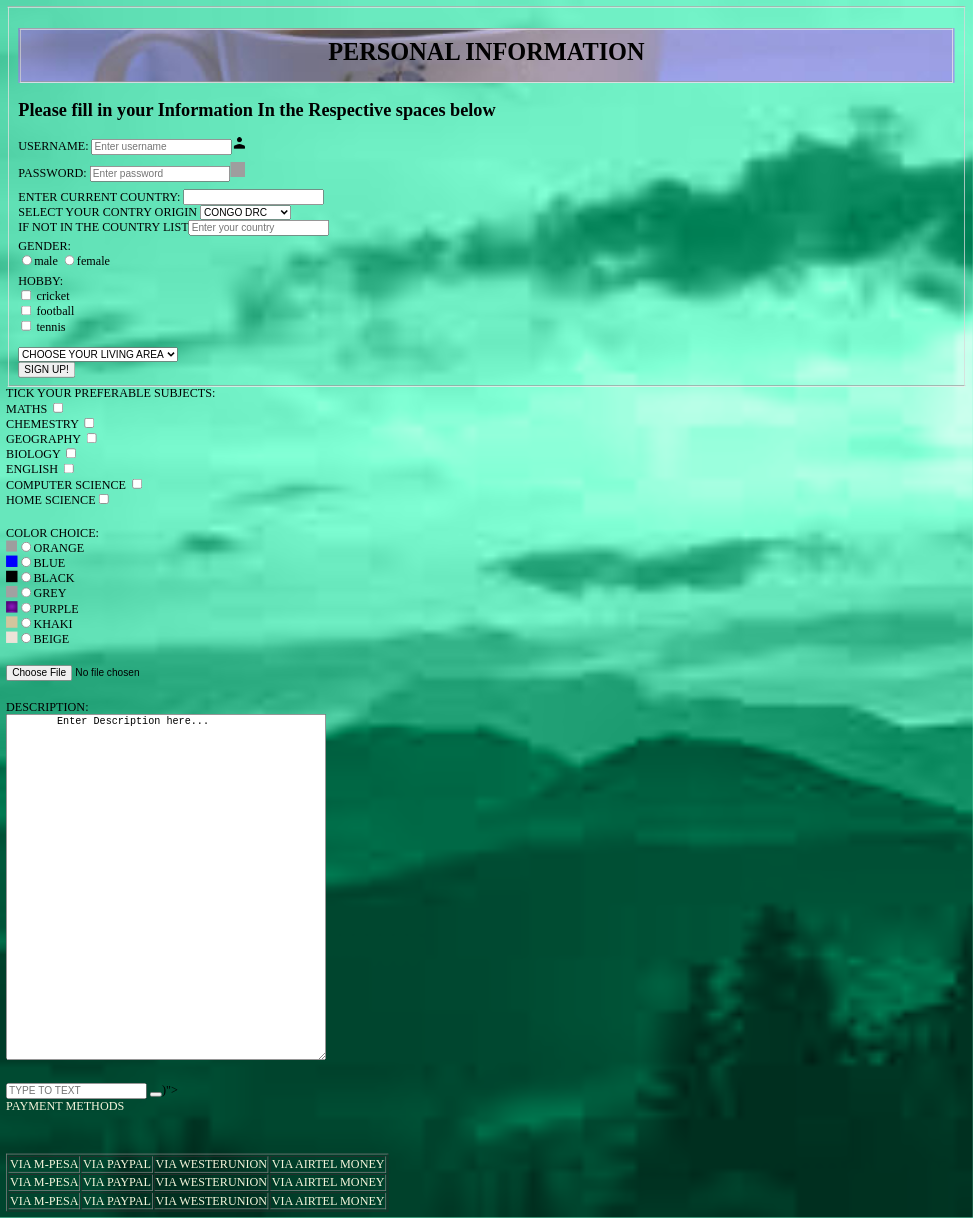
Repository: mirambialex/myform
Page: website/INDEX.HTML
An editor plug-in stored every save of this project. The page is shown before and after a run of saves, followed by the edit.
The browser window is 1280 px wide. The pictures show the whole page, at 76% of full size.
Pictures or frames that could not be fetched are drawn as grey boxes.

Above is the page before, as saved 2024-04-18 10:50:22.

### website/INDEX.HTML
<!DOCTYPE html>
<html lang="en">
<head>

    <title>WEBPAGE DESIGN</title>
    <LINK REL="STYLESHEET" HREF="STYLE.CSS">
</head>
<body>
   <FOrm> <FIEldset>
            <DIV class="AI">
                <h1><FIEldset>PERSONAL INFORMATION </FIEldset></h1>
</DIV>
<DIV CLASS="BI"> <H2>
    Please fill in your Information In the Respective spaces below
</H2>
</DIV>
<div class="gb">
 <DIV class="MAIN">USERNAME: <INPUT TYPE="TEXT" placeholder="Enter username"><img width="20" height="20" src="user.jpg"<br/>

 </DIV>
 <DIV class="A"> PASSWORD: <INPUT TYPE="PASSWORD" placeholder="Enter password"><img width="20" height="20" src="https://img.icons8.com/ios-filled/50/lock.png" alt="lock"/> <br/></DIV>
    <DIV class="AB">
        ENTER CURRENT COUNTRY: <INPUT type="text"></INPUT>
    </DIV>
    <DIV CLASS="B">
        SELECT YOUR CONTRY ORIGIN <SELect>
            <OPTIon>CONGO DRC</OPTIon>
            <OPTIon>KENYA</OPTIon>
            <OPTIon>SUDAN</OPTIon>
            <OPTIon>SOUTH SUDAN</OPTIon>
            <OPTIon>RWANDA</OPTIon>
            <OPTIon>BURUNDI</OPTIon>
            <OPTIon>UGANDA</OPTIon>
            <OPTIon>TANZANIA</OPTIon>
            <OPTIon>SOMALIA</OPTIon>

        </SELect> <br/>
    </DIV>
    <div class="wcb">
    IF NOT IN THE COUNTRY LIST<INPUt type="TEXT" placeholder="Enter your country"</INPUt>
    </div>
<div class="d">
<LAbeL for="GENDER">GENDER: </LAbel><BR/>
<INPUT type="radio" ID="GENDER" name="GENDER" VALUE="male"/>male
<INPUT type="radio" ID="GENDER" name="GENDER" VALUE="female"/>female <br/>
</div>
<div class="e">
HOBBY:<br>
<input type="checkbox" id="cricket" name="cricket" value="cricket"/>
<label for="cricket">cricket</label> <br>
<input type="checkbox" id="football" name="football" value="football"/>
<label for="football">football</label> <br>
<input type="checkbox" id="tennis" name="tennis" value="tennis"/>
<label for="tennis">tennis</label> <br>
<br/> </div>
<div class="address">
    <select name="address">
        <option value="one">CHOOSE YOUR LIVING AREA</option>
        <option>kakuma town</option>
        <option>kakuma 1</option>
        <option>kakuma 2</option>
        <option>kakuma 3</option>
        <option>kakuma 4</option>
        <option>kalobeyeyi</option>
    </select>
</div>
<DIV class="C"><BUTTon>SIGN UP!</BUTTon></DIV>
</FIEldset>
</div>
</div>
</DIV>
</FORM>
<FORM>
    <DIV class="FORM"></A>TICK YOUR PREFERABLE SUBJECTS: <BR/>
    MATHS <input TYPE="checkbox" NAME="MATHS" VALUE="ON"><BR/>
    CHEMESTRY <INPUT type="checkbox" NAME="CHEMESTRY" VALUE="ON"><BR/>
        GEOGRAPHY <INPUT type="checkbox" NAME="GEOGRAPHY" value="ON"><BR/>
            BIOLOGY <INPUT type="checkbox" NAME="BIOLOGY" VALUE="ON"><BR/>
                ENGLISH <input type="checkbox" name="ENGLISH" value="ON"><BR/>
                COMPUTER SCIENCE <input TYPE="checkbox" name="COMPUTER SCIENCE" value="ON"><BR/>
                HOME SCIENCE<input type="checkbox" name="HOME SCIENCE" VALUE="ON"></BR></DIV>
                <DIV class="FORM2">
                    <LAbel FOR="COLOR CHOICE">COLOR CHOICE:</LAbel><BR/>
                    <IMG WIDTH="15" HEIGHT="15" SRC="ORAGE.JPG"><INPut type="RADIO" NAME="COLOR" VALUE="ORANGE">ORANGE</INPut><BR/>
                    <IMG WIDTH="15" HEIGHT="15" SRC="BLUE.JPG"><INPut type="RADIO" NAME="COLOR" VALUE="BLUE">BLUE</INPut><BR/>
                    <IMG WIDTH="15" HEIGHT="15" SRC="BLACK.JPG"><INPut type="RADIO" NAME="COLOR" VALUE="BLACK">BLACK</INPut><BR/>
                    <IMG WIDTH="15" HEIGHT="15" SRC="GREY.JPG"><INPut type="RADIO" NAME="COLOR" VALUE="GREY">GREY</INPut><BR/>
                    <IMG WIDTH="15" HEIGHT="15" SRC="PURPLE.JPG"><INPut type="RADIO" NAME="COLOR" VALUE="PURPLE">PURPLE</INPut><BR/>
                    <IMG WIDTH="15" HEIGHT="15" SRC="KHAKI.JPG"><INPut type="RADIO" NAME="COLOR" VALUE="KHAKI">KHAKI</INPut><BR/>
                    <IMG WIDTH="15" HEIGHT="15" SRC="BEIGE.JPG"><INPut type="RADIO" NAME="COLOR" VALUE="BEIGE">BEIGE</INPut><BR/>
                </DIV>
                <DIV class="FILE"><INPUT TYPE="FILE" NAME="FILEUPLOAD" accept="IMAGE/*" /></DIV>
                <DIV class="FORM1">
    DESCRIPTION: <br/>
    <textarea name="Description" cols="50" rows="30">
        Enter Description here...
    </textarea>
</DIV>
 <DIV class="SEARCH">
    <INPUT type="search" NAME="" placeholder="TYPE TO TEXT">
        <A href="#"><BUtton class="BTN"></BUtton></A>)"></A>
 </DIV>
<DIV class="TABLE1">
    <TABle border="1">PAYMENT METHODS<BR/>
    <TR><BR/>
    <TD>VIA M-PESA</TD>
    <TD>VIA PAYPAL</TD>
    <TD>VIA WESTERUNION</TD>
    <TD>VIA AIRTEL MONEY</TD>
</TR>
<TR><BR/>
    <TD>VIA M-PESA</TD>
    <TD>VIA PAYPAL</TD>
    <TD>VIA WESTERUNION</TD>
    <TD>VIA AIRTEL MONEY</TD>
</TR>
<TR><BR/>
    <TD>VIA M-PESA</TD>
    <TD>VIA PAYPAL</TD>
    <TD>VIA WESTERUNION</TD>
    <TD>VIA AIRTEL MONEY</TD>
</TR>
</TABle>
</DIV>

</FORM>
 </body>
</html>

### website/STYLE.CSS
BODY{
    background-image: url(IMAGE.JPG);
    background-color: aquamarine;
    background-position: center;
    background-size: cover;
    background-repeat: no-repeat;
    background-blend-mode: luminosity;
}
H1{
    text-align: center;
}
.O{
    background-color: aliceblue;
    background-image: url(ALEX.PNG.JPG);
}
.MAIN{
    margin-bottom: 0.8%;
    background-color:
}
.A{
    margin-bottom: 0.8%;
}
.c{
    margin-bottom: 1.5%;
    color: blueviolet;
    text-decoration: aqua;
}
.d{
    margin-top: 0.4%;

}
.e{
    margin-top: 0.6%;
}
.AI{
    background-image: url(ALEX.JPG);
    background-repeat: no-repeat;
    background-position: center;
    background-size: cover;
}
.gb{
    display: block;

}
: :-ms-input-placeholder{
    color:red;
}
.address{

}
.FORM1{
    margin-top: 2%;
    margin-bottom: 2%;
}
.TABLE1{
    color: beige;
    border-radius: 20;

}
.FORM2{
    margin-top: 2%;
}
.FILE{
    margin-top: 2%;
}

After the next 4 saves:
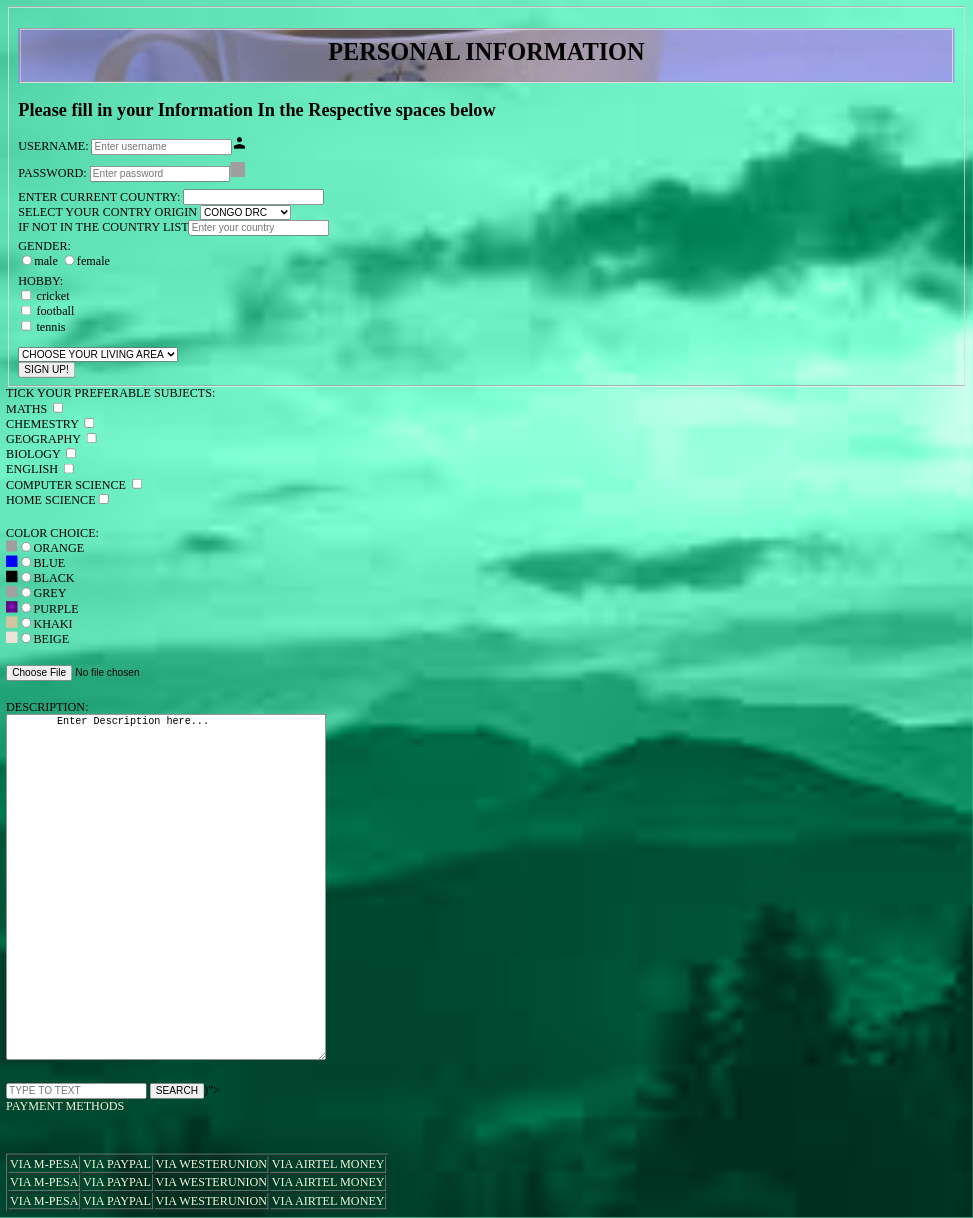
The 4 saves are shown as one change because they came seconds apart.
The last was saved 13 s later.
--- a/website/INDEX.HTML
+++ b/website/INDEX.HTML
@@ -98,7 +98,7 @@ HOBBY:<br>
 </DIV>
  <DIV class="SEARCH">
     <INPUT type="search" NAME="" placeholder="TYPE TO TEXT">
-        <A href="#"><BUtton class="BTN"></BUtton></A>)"></A>
+        <A href="#"><BUtton class="BTN">SEARCH</BUtton></A>)"></A>
  </DIV>
 <DIV class="TABLE1">
     <TABle border="1">PAYMENT METHODS<BR/>
